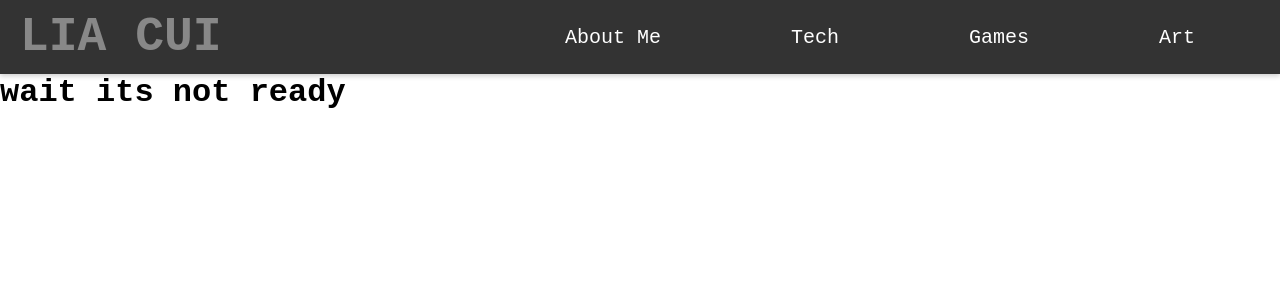
Repository: ljcui1/Lia-Cui-Portfolio
Page: subpages/tech_index.html
These files come from the project's save history. The page is drawn as it stood at one moment and after the next save; the edit follows.
The browser window is 1280 px wide. The pictures show the whole page.

Above is the page before, as saved 2026-01-15 11:42:22.

### subpages/tech_index.html
<!DOCTYPE html>
<html lang="en">
<head>
    <meta charset="UTF-8">
    <meta name="viewport" content="width=device-width, initial-scale=1.0">
    <title>Lia Cui's Tech Portfolio</title>
    <link rel="stylesheet" href="../style.css">
</head>
<body>
    <header>
        <div id="logo">
            <h1>
                LIA CUI
            </h1>
        </div>
        <nav>
            <ul>
                <li><a href="../index.html">About Me</a></li>
                <li><a href="tech_index.html" class="currPage">Tech</a></li>
                <li><a href="games_index.html">Games</a></li>
                <li><a href="art_index.html">Art</a></li>
            </ul>
        </nav>
    </header>
    <h1>wait its not ready</h1>
</body>
</html>

### style.css
@import url('https://fonts.googleapis.com/css2?family=Source+Code+Pro:ital,wght@0,200..900;1,200..900&display=swap');

.source-code-pro- {
  font-family: "Source Code Pro", monospace;
  font-optical-sizing: auto;
  font-weight: 10;
  font-style: normal;
}

* {
    margin: 0;
    padding: 0;
    box-sizing: border-box;
    /*set background color*/
}

body {
    font-family: 'Source Pro Code', monospace;
}

/*header styling*/
header {
    /*temp colors*/
    background-color: #333;
    color: white;
    padding: 10px 0;
    display: flex;
    justify-content: space-between;
    align-items: center;
    box-shadow: 0 2px 5px rgba(0, 0, 0, 0.2);
}

#logo {
    color: #888;
    padding-left: 20px;
    font-size: 1.5em;
    font-weight: bold;
}

/*navbar styling*/
nav ul { /*specifically styling the unordered list in the navbar*/
    list-style-type: none; /*removes bullet points + other styling*/
    display: flex; /*flexboxes allow for horizontal display*/
    padding-right: 20px;
}

nav ul li a { /*specifically styling the unordered list item links in the navbar*/
    color: white;
    text-decoration: none;
    font-size: 20px;
    margin-left: 50px;
    margin-right: 50px;
    padding: 10px 15px;
    display: block; /*makes entire padding area clickable to corresponding link*/
    transition: background-color 0.3s;
}

nav ul li a:hover { /*specifically styling the hover state of the unordered list item links in the navbar*/
    background-color: #555;
}

After the next save:
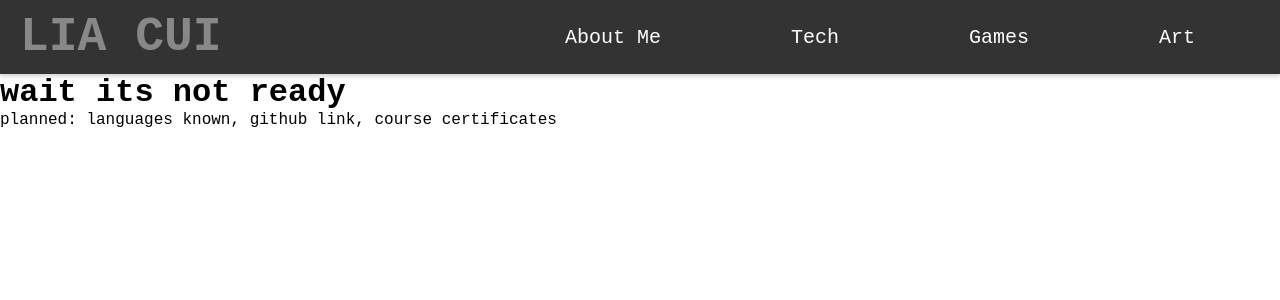
Saved 41 s later.
--- a/subpages/tech_index.html
+++ b/subpages/tech_index.html
@@ -23,5 +23,6 @@
         </nav>
     </header>
     <h1>wait its not ready</h1>
+    <p>planned: languages known, github link, course certificates</p>
 </body>
 </html>
